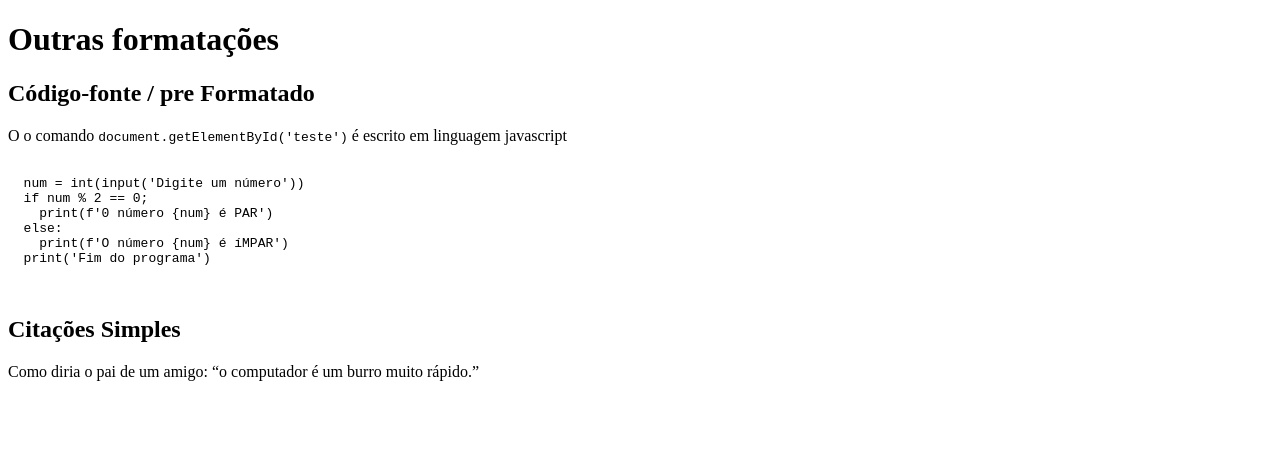
Repository: pheonix5/Estudo
Page: html-css/exercicios/ex008b/index.html
These files come from the project's save history. The page is drawn as it stood at one moment and after the next save; the edit follows.
The browser window is 1280 px wide. The pictures show the whole page.

Above is the page before, as saved 2023-07-25 20:30:35.

After the next save:
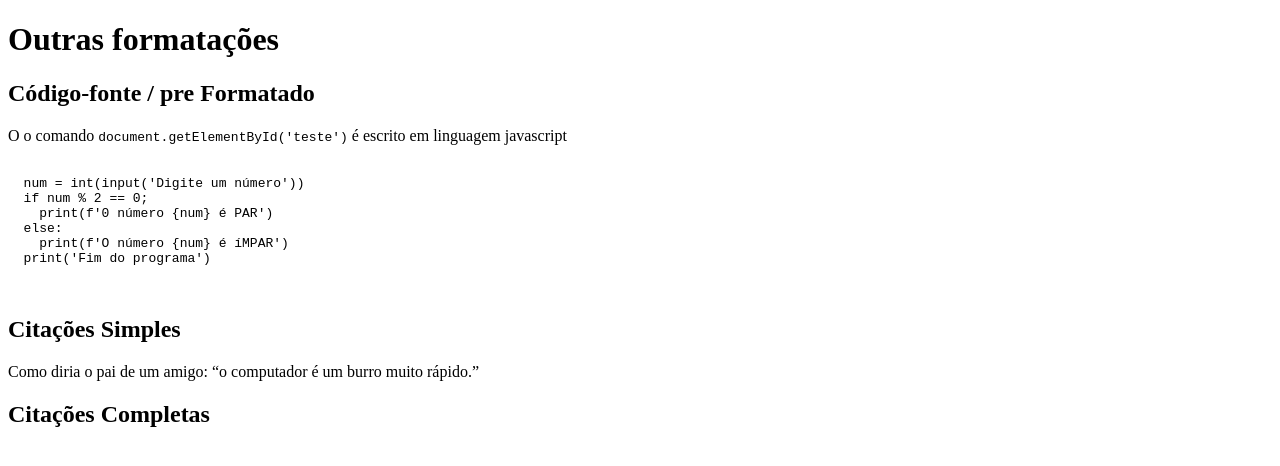
Saved 11 s later.
--- a/html-css/exercicios/ex008b/index.html
+++ b/html-css/exercicios/ex008b/index.html
@@ -21,5 +21,6 @@
   </pre>
   <h2>Citações Simples</h2>
   <p>Como diria o pai de um amigo: <q>o computador é um burro muito rápido.</q></p>
+  <h2>Citações Completas</h2>
 </body>
 </html>
